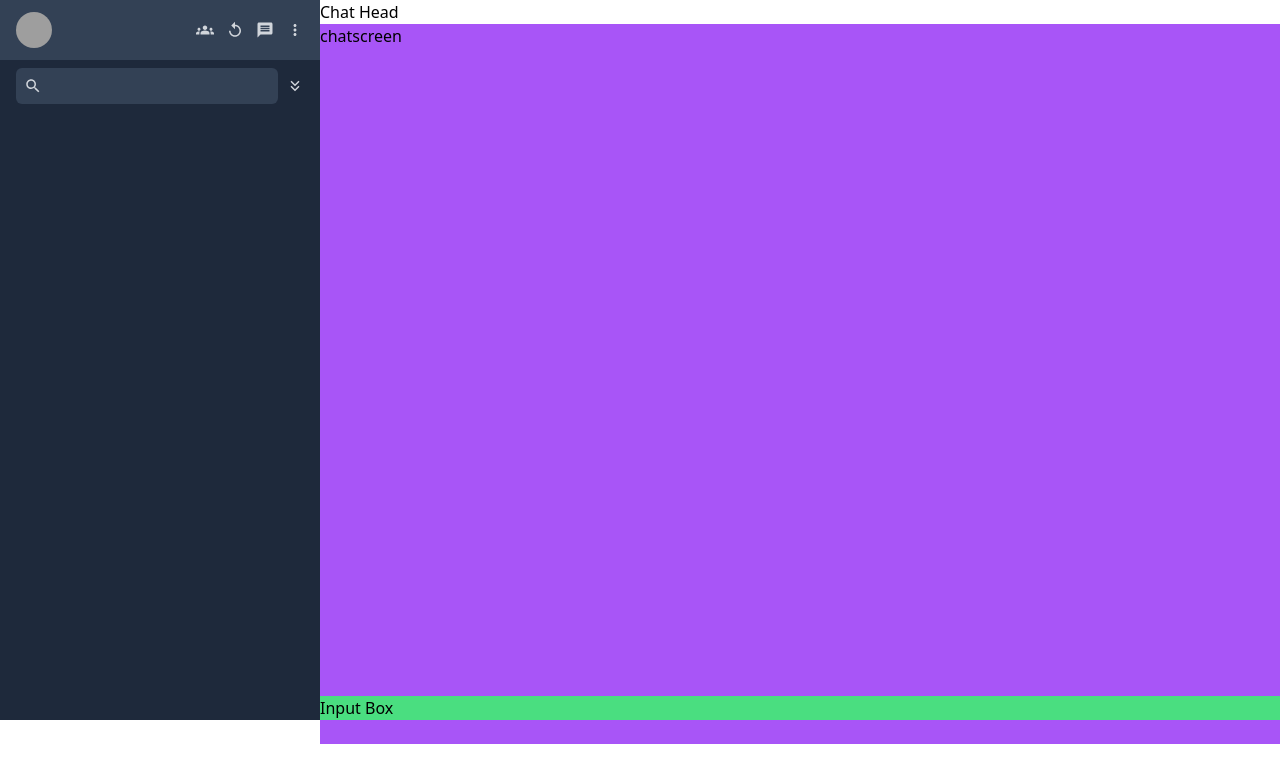
Repository: theanmol-raj/whatsapp
Page: /
The author's editor kept a copy of each file at every save. The page is drawn from the files as they stood at one save, then again after the next save.
The browser window is 1280 px wide. The pictures show the whole page.
Pictures or frames that could not be fetched are drawn as grey boxes. The project was rebuilt for these pictures with package versions that can differ from the ones it lists, and the page was loaded fresh each time.

Above is the page before, as saved 2022-12-03 21:53:51.

### src/index.js
import React from 'react';
import ReactDOM from 'react-dom/client';
import './index.css';
import App from './App';






const root = ReactDOM.createRoot(document.getElementById('root'));

root.render(
  <App />
);

### src/App.js
import Homescreen from "./Screens/Homescreen";

function App() {

  return (
    <div className="h-screen w-screen bg-slate-900">
      <Homescreen />
      {/* LoginScreen */}
    </div>
  );
}

export default App;

### src/Screens/Homescreen.jsx
import React from 'react'
import ChatScreen from '../Components/ChatScreen'
import ContactList from '../Components/ContactList'

function Homescreen() {
  return (
    <div className=' w-full max-w-[95rem] grid grid-cols-4 h-screen bg-red-500 mx-auto'>
        {/* Contact List */}
            <ContactList />
        {/* Message Box */}
            <ChatScreen />

    </div>
  )
}

export default Homescreen

### src/Components/ChatScreen.jsx
import React from 'react'

function ChatScreen() {
  return (
    <div className=' bg-yellow-400 col-span-3 relative'>
        <div className=' w-full bg-white sticky top-0'>
                Chat Head
        </div>
        <div className=' h-full bg-purple-500'>
                chatscreen
        </div>
        <div className=' w-full sticky bottom-0 bg-green-400'>
                Input Box
        </div>
    </div>
  )
}

export default ChatScreen

### src/Components/ContactList.jsx
import React from 'react'
import GroupsIcon from '@mui/icons-material/Groups';
import ReplayIcon from '@mui/icons-material/Replay';
import MessageIcon from '@mui/icons-material/Message';
import MoreVertIcon from '@mui/icons-material/MoreVert';
import KeyboardDoubleArrowDownIcon from '@mui/icons-material/KeyboardDoubleArrowDown';
import SearchIcon from '@mui/icons-material/Search';


function ContactList() {
  return (
    <div className=' bg-slate-800'>
      <div className=' flex justify-between items-center p-3 px-4 bg-slate-700'>
        <img className=' rounded-full h-9 w-9' alt='' src="https://pps.whatsapp.net/v/t61.24694-24/158723607_419193396439292_5955373819812020282_n.jpg?stp=dst-jpg_s96x96&ccb=11-4&oh=01_AdRKjHR9ktMhs2HrAksQulr5trvWOTtpB53hlyDh0ZECbw&oe=63986EC2" />
        <div className=' flex text-gray-300 text-lg space-x-3'>
          <GroupsIcon fontSize='inherit' />
          <ReplayIcon fontSize='inherit' />
          <MessageIcon fontSize='inherit' />
          <MoreVertIcon fontSize='inherit' />
        </div>

      </div>
      <div className=' flex items-center text-gray-300 px-4 py-2 text-lg space-x-2'>
        <div className='flex items-center w-full bg-slate-700 px-2 py-1 rounded-md'>
          <SearchIcon fontSize='inherit' />
          <input className=' bg-transparent w-full' />
        </div>
        <KeyboardDoubleArrowDownIcon fontSize='inherit' />

      </div>

    </div>
  )
}

export default ContactList

Loaded but not shown: public/index.html (common file); src/index.css (common file); tailwind.config.js (common file)

After the next save:
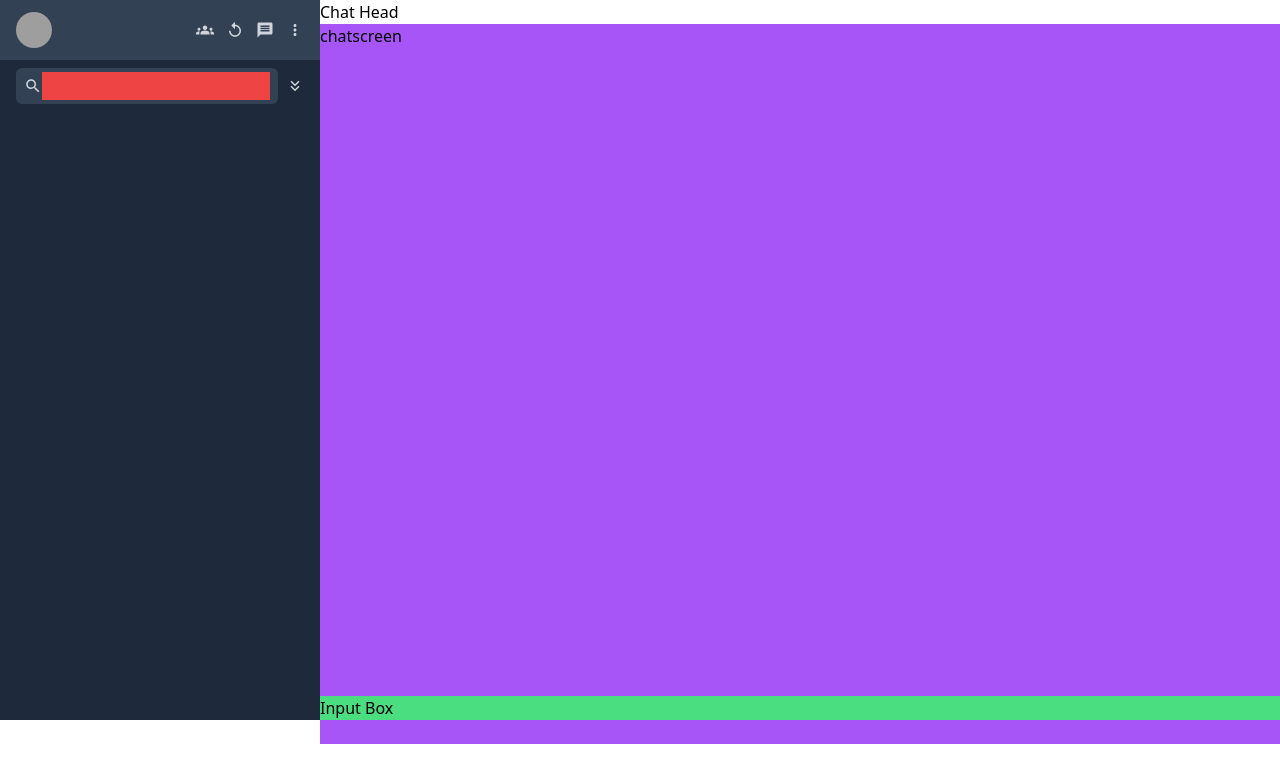
Saved 79 s later.
--- a/src/Components/ContactList.jsx
+++ b/src/Components/ContactList.jsx
@@ -23,7 +23,7 @@
       <div className=' flex items-center text-gray-300 px-4 py-2 text-lg space-x-2'>
         <div className='flex items-center w-full bg-slate-700 px-2 py-1 rounded-md'>
           <SearchIcon fontSize='inherit' />
-          <input className=' bg-transparent w-full' />
+          <input className=' bg-red-500 w-full' />
         </div>
         <KeyboardDoubleArrowDownIcon fontSize='inherit' />
 

After the save that followed:
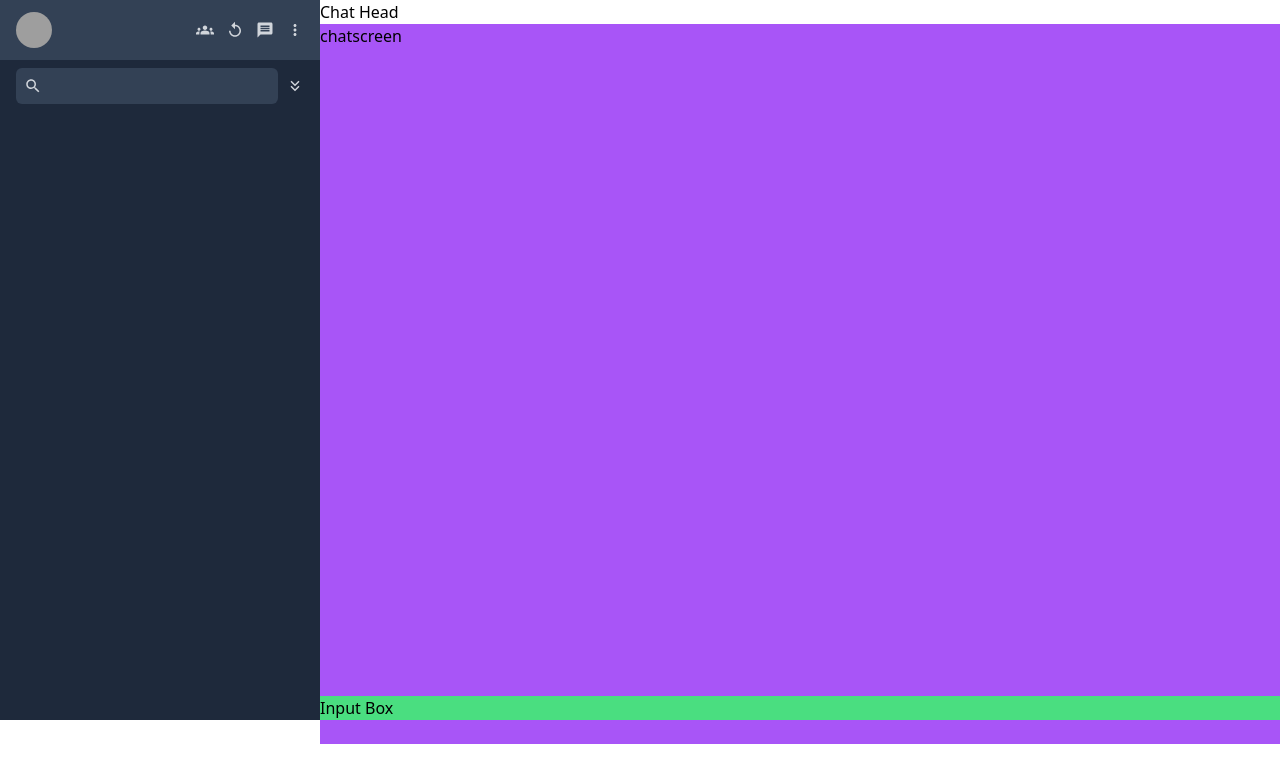
Saved 19 s later.
--- a/src/Components/ContactList.jsx
+++ b/src/Components/ContactList.jsx
@@ -23,7 +23,7 @@
       <div className=' flex items-center text-gray-300 px-4 py-2 text-lg space-x-2'>
         <div className='flex items-center w-full bg-slate-700 px-2 py-1 rounded-md'>
           <SearchIcon fontSize='inherit' />
-          <input className=' bg-red-500 w-full' />
+          <input className=' bg-transparent w-full' />
         </div>
         <KeyboardDoubleArrowDownIcon fontSize='inherit' />
 
